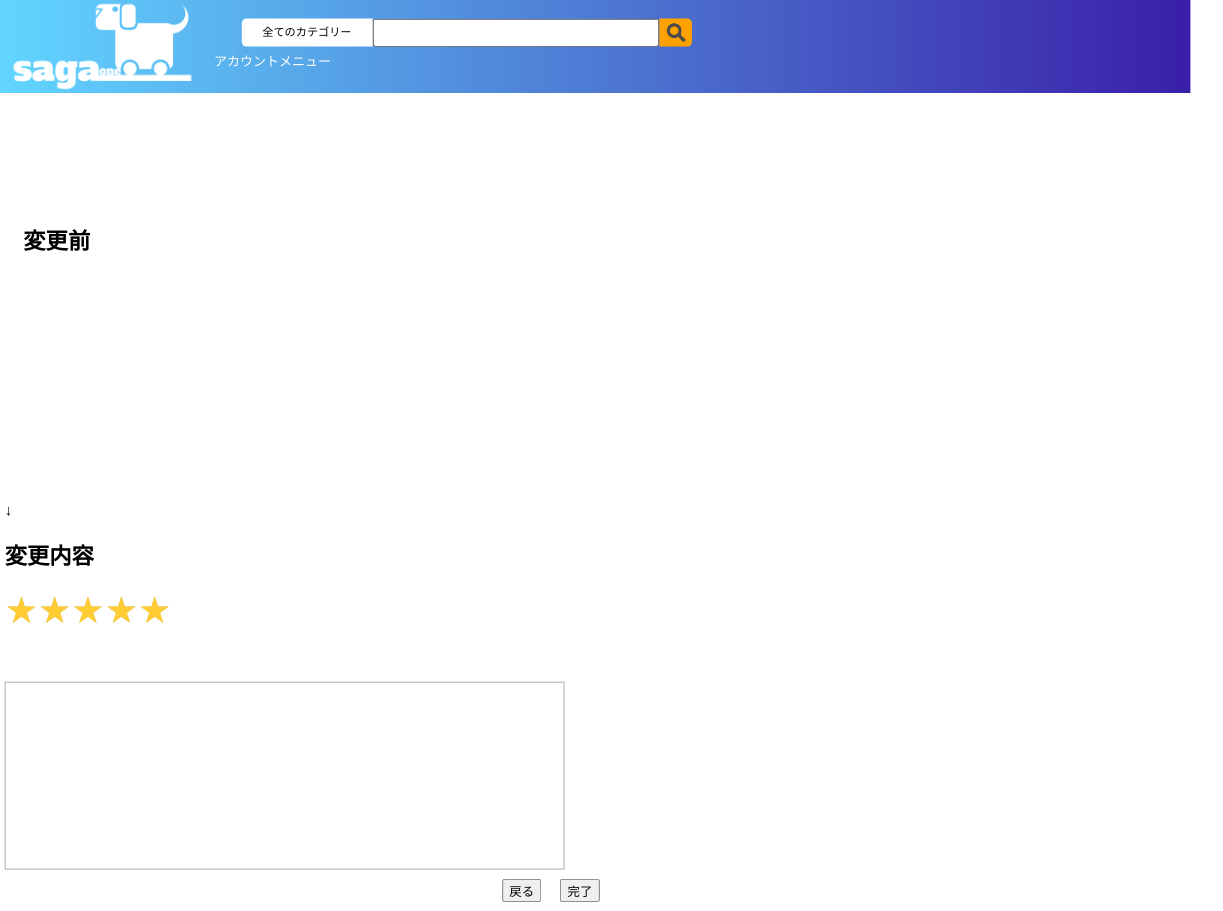
Repository: a4b3c2d1/backup
Page: http://localhost/sagaone-master/reviewChangeConfirm.jsp
The author's editor kept a copy of each file at every save. The page is drawn from the files as they stood at one save, then again after the next save.
The browser window is 1280 px wide. The page is 1315 px wide, so the pictures cover 1315 px, including what lies to the right of the window. The pictures show the whole page, at 93% of full size.
The page is served by Tomcat 9.

Above is the page before, as saved 2018-01-21 11:32:30.

After the next save:
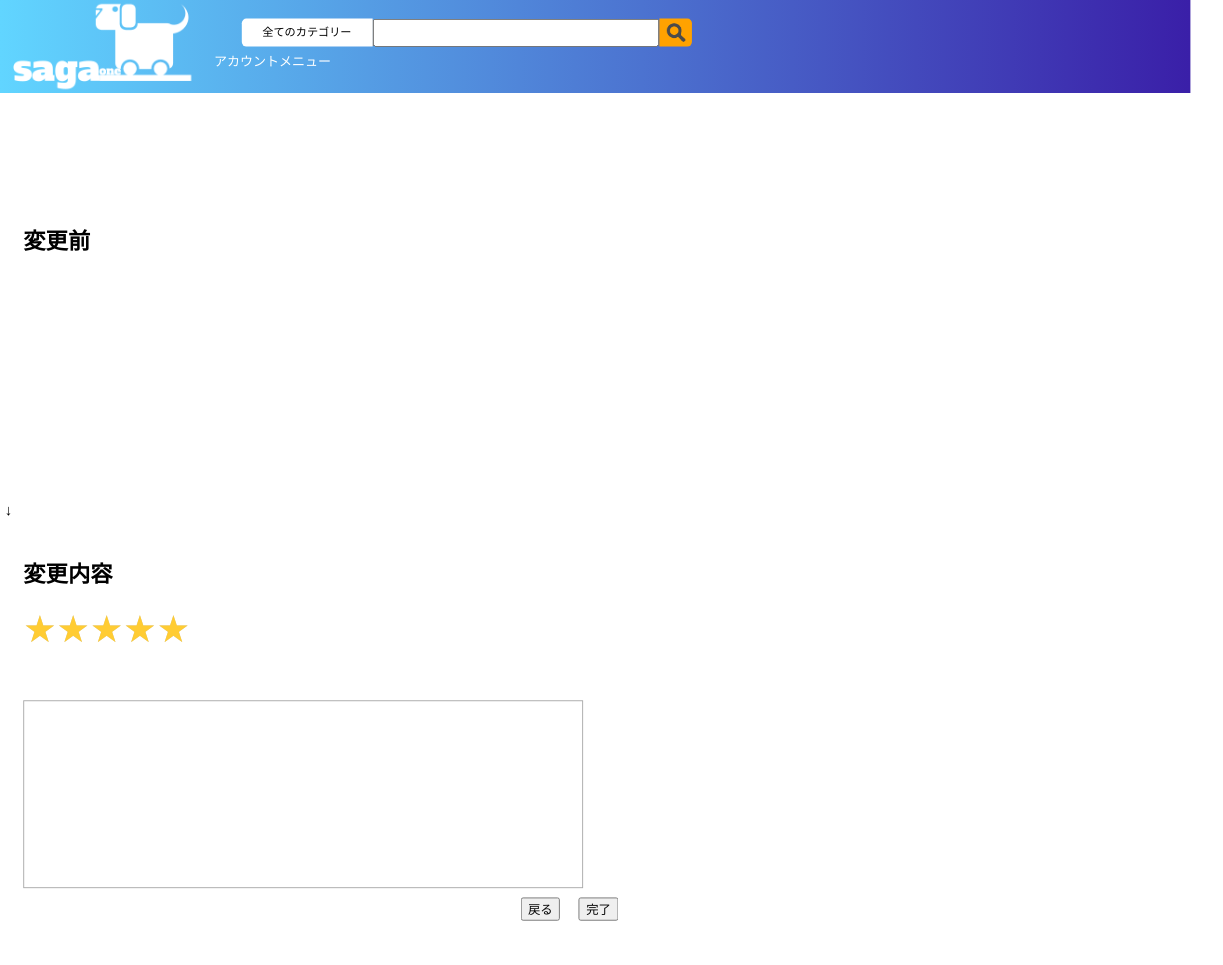
Saved 31 s later.
--- a/sagaone-master/WebContent/reviewChangeConfirm.jsp
+++ b/sagaone-master/WebContent/reviewChangeConfirm.jsp
@@ -23,7 +23,11 @@
 	width: 100%;
 	height: 300px;
 }
-
+.main2{	padding: 20px;
+	width: 100%;
+	height: 380px;
+
+}
 .review2 {
 	float: left;
 	width: 650px;
